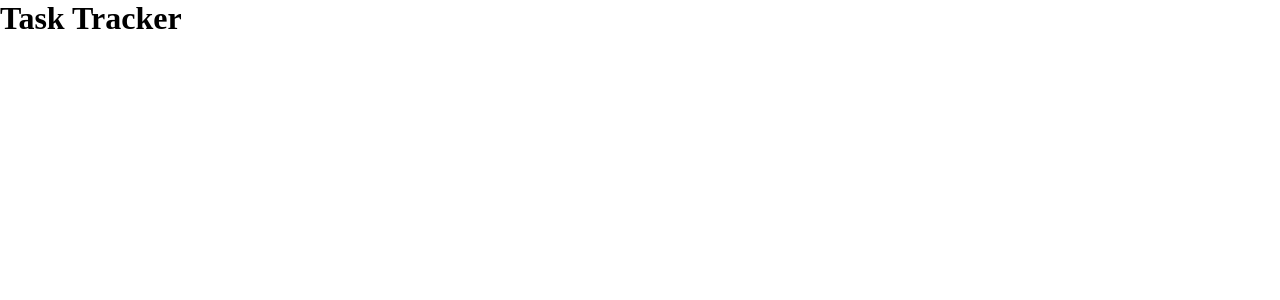
Repository: kate30980/task-tracker-reactjs
Page: /
An editor plug-in stored every save of this project. The page is shown before and after the next save, followed by the edit.
The browser window is 1280 px wide. The pictures show the whole page.
The project was rebuilt for these pictures with package versions that can differ from the ones it lists, and the page was loaded fresh each time.

Above is the page before, as saved 2021-09-19 14:35:54.

### public/index.html
<!DOCTYPE html>
<html lang="en">

<head>
  <meta charset="utf-8" />
  <link rel="icon" href="%PUBLIC_URL%/favicon.ico" />
  <meta name="viewport" content="width=device-width, initial-scale=1" />
  <meta name="theme-color" content="#000000" />
  <meta name="description" content="Web site created using create-react-app" />
  <link rel="apple-touch-icon" href="%PUBLIC_URL%/logo192.png" />
  <!--
      manifest.json provides metadata used when your web app is installed on a
      user's mobile device or desktop. See https://developers.google.com/web/fundamentals/web-app-manifest/
    -->
  <link rel="manifest" href="%PUBLIC_URL%/manifest.json" />
  <!--
      Notice the use of %PUBLIC_URL% in the tags above.
      It will be replaced with the URL of the `public` folder during the build.
      Only files inside the `public` folder can be referenced from the HTML.

      Unlike "/favicon.ico" or "favicon.ico", "%PUBLIC_URL%/favicon.ico" will
      work correctly both with client-side routing and a non-root public URL.
      Learn how to configure a non-root public URL by running `npm run build`.
    -->
  <title>Task Tracker</title>
</head>

<body>
  <noscript>You need to enable JavaScript to run this app.</noscript>
  <div id="root"></div>
  <!--
      This HTML file is a template.
      If you open it directly in the browser, you will see an empty page.

      You can add webfonts, meta tags, or analytics to this file.
      The build step will place the bundled scripts into the <body> tag.

      To begin the development, run `npm start` or `yarn start`.
      To create a production bundle, use `npm run build` or `yarn build`.
    -->
</body>

</html>

### src/index.css

@import url('https://fonts.googleapis.com/css2?family=Montserrat:wght@300;400;600&display=swap');

*{
  box-sizing: border-box;
  margin:0;
  padding:0;
}
body {
  margin: 0;
  font-family: -apple-system, BlinkMacSystemFont, 'Segoe UI',
}

code {
  font-family: source-code-pro, Menlo, Monaco, Consolas, 'Courier New',
    monospace;
}
.btn{
  display: inline-block;
  background: #000;color: #fff;
  border: none;
  padding: 10px 20px;
  margin: 5px;
  border-radius:5px;
  cursor: pointer;
  text-decoration: none;
  font-size: 15px;
  font-family: inherit;
}
.btn:focus{
  outline: none;
}
.event{
  background:#f4f4f4;
  margin: 5px;
  padding: 10px 20px;
  cursor: pointer;
}
.event .reminder{
  border-left: 5px solid green;
}
.event h3{
  display: flex;
  align-items:center;
  justify-content: space-between;
}
.add-form{
  margin-bottom: 40px;
}
.from-control{
  margin: 20px 0;
}
.from-control label {
  display: block;
}
.form-control-check label{
  flex: 1;
}
.form-control-check input {
  flex: 2;
  height: 20px;
}
footer{
  margin-top: 30px;
  text-align: center;
}

### src/components/Header.js
import PropTypes from "prop-types";

const Header = ({ title }) => {
  return (
    <header>
      <h1>{title}</h1>
    </header>
  );
};

Header.defaultProps = {
  title: "Task Tracker",
};

Header.propTypes = {
  title: PropTypes.string.isRequired,
};
// css in js
// const headingStyle = {
//   color: "red",
//   backgroundColor: "black",
// };
export default Header;

Loaded but not shown: src/index.js (common file); src/App.js (common file); src/reportWebVitals.js (common file)

After the next save:
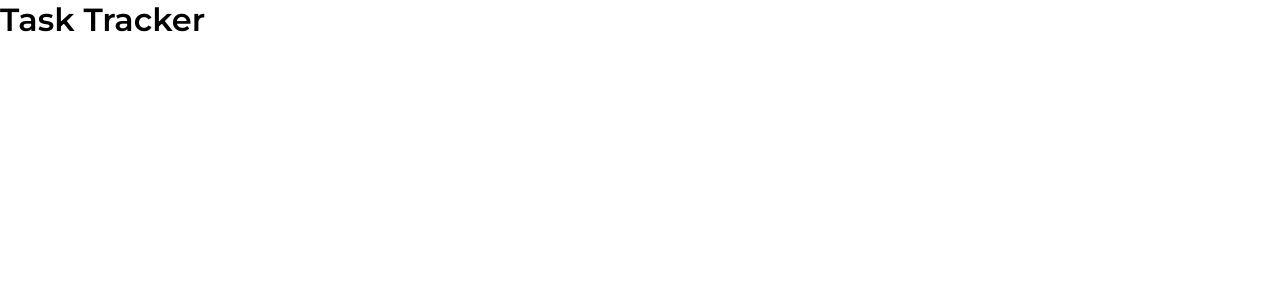
Saved 14 s later.
--- a/src/index.css
+++ b/src/index.css
@@ -6,9 +6,9 @@
   margin:0;
   padding:0;
 }
+
 body {
-  margin: 0;
-  font-family: -apple-system, BlinkMacSystemFont, 'Segoe UI',
+  font-family: 'Montserrat', sans-serif;
 }
 
 code {
